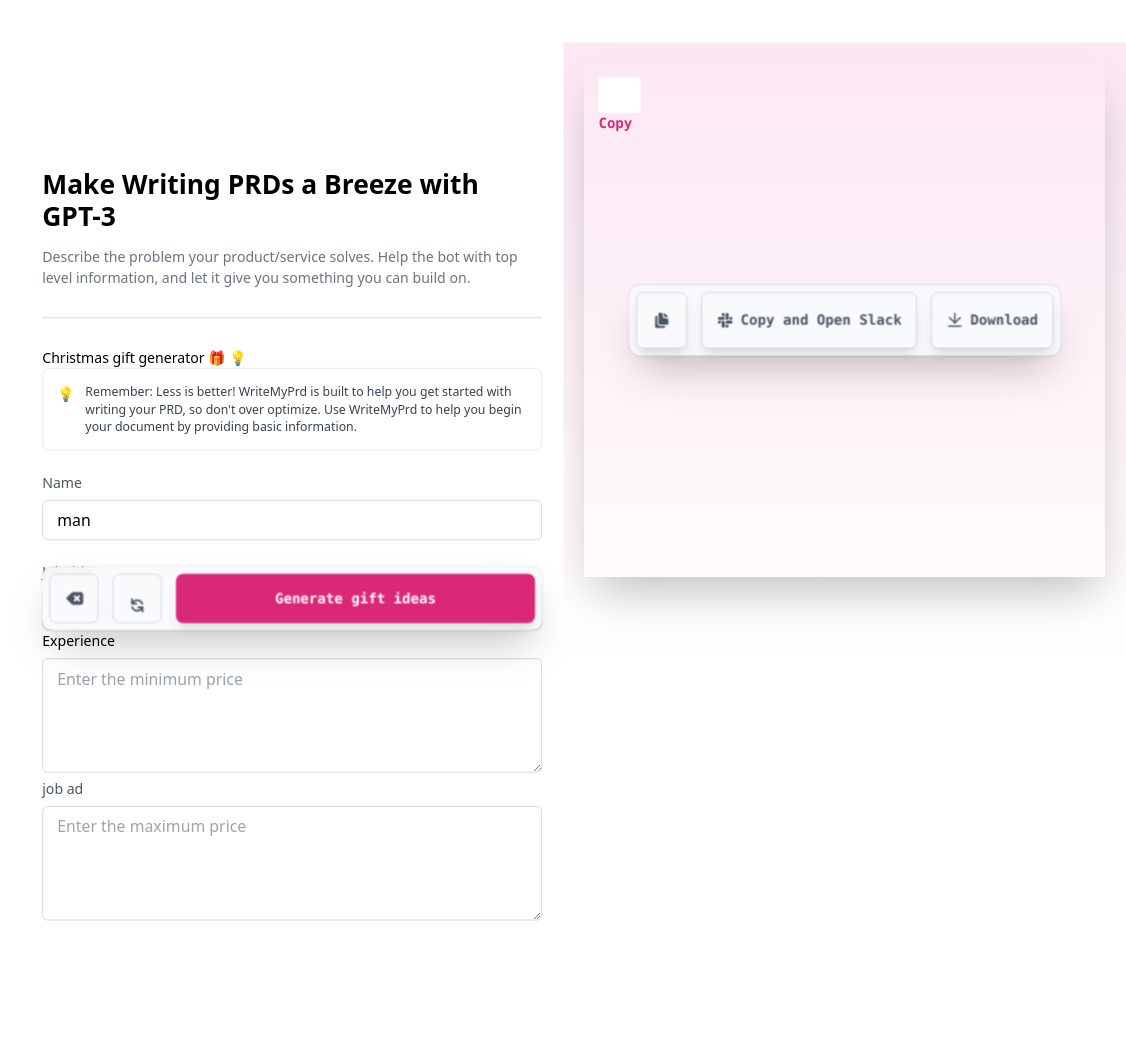
Repository: hamza-mastar/chatgpt-jpbad
Page: /
These files come from the project's save history. The page is drawn as it stood at one moment and after the next save; the edit follows.
The browser window is 1280 px wide. The pictures show the whole page, at 88% of full size.
The project was rebuilt for these pictures with package versions that can differ from the ones it lists, and the page was loaded fresh each time. The framework's server and built-in components were replaced by stand-ins that run in the browser.

Above is the page before, as saved 2023-01-30 16:38:50.

After the next save:
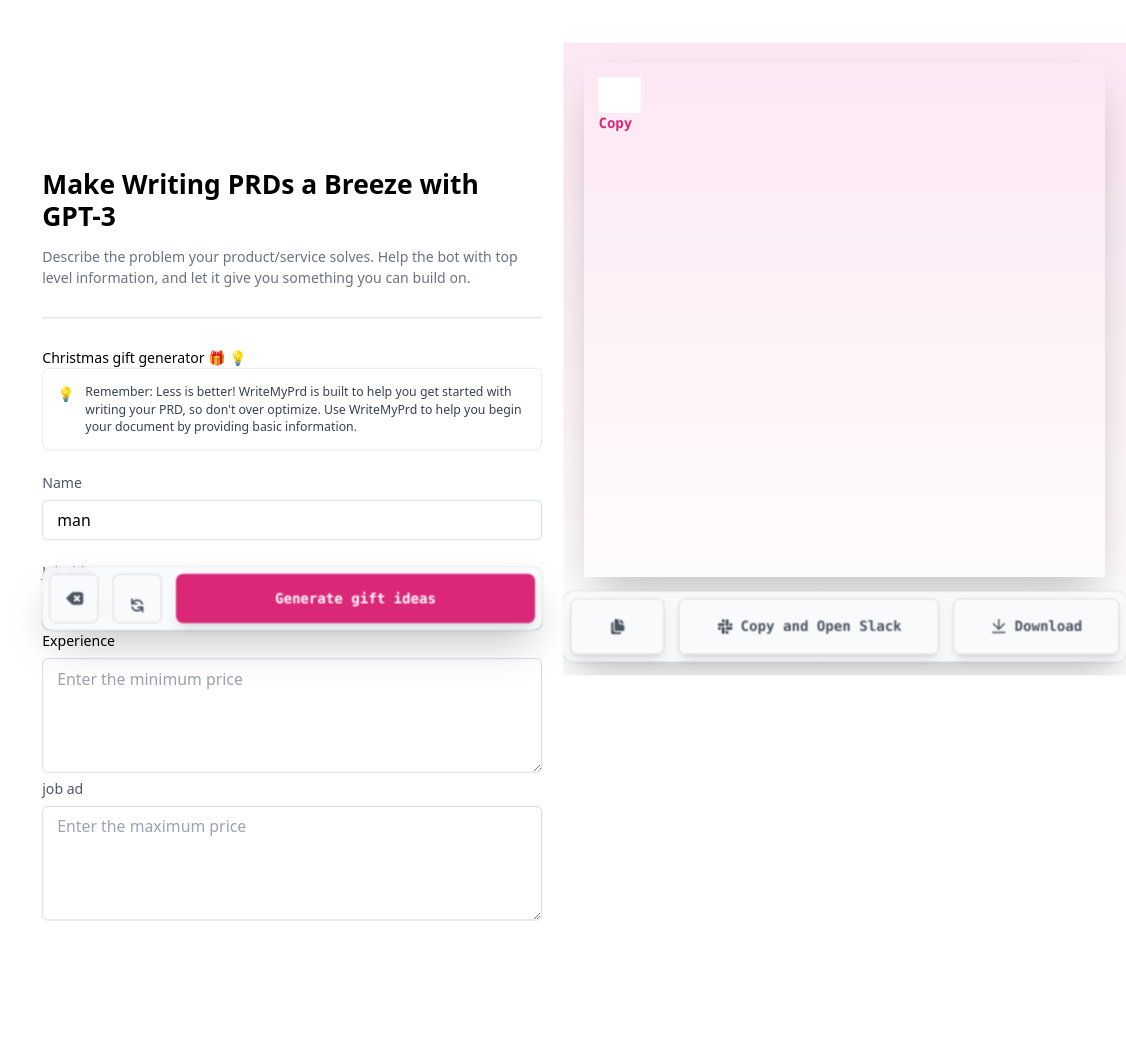
Saved 21 s later.
--- a/pages/index.js
+++ b/pages/index.js
@@ -179,6 +179,11 @@ export default function Home() {
 
 
         </div>
+
+        </div>
+
+
+        </div>
         <div class="sticky bottom-1 left-0 right-0 px-2 py-2 font-semibold text-sm text-slate-900 bg-slate-50/90 backdrop-blur-sm ring-1 ring-slate-900/10 space-x-4 rounded-xl shadow-2xl">
             <div class="flex gap-4 text-white text-sm font-bold font-mono leading-6 bg-stripes-indigo rounded-lg">
   <button class="grow h-16 p-0 sm:p-[1.1rem] w-20 sm:w-auto h-auto rounded-lg flex items-center justify-center bg-gray-50 border-gray-300 text-gray-600 hover:bg-gray-100 shadow-lg border"><svg xmlns="http://www.w3.org/2000/svg" viewBox="0 0 24 24" fill="currentColor" class="h-5 w-5 flex-shrink-0 text-gray-600"><path d="M7.5 3.375c0-1.036.84-1.875 1.875-1.875h.375a3.75 3.75 0 013.75 3.75v1.875C13.5 8.161 14.34 9 15.375 9h1.875A3.75 3.75 0 0121 12.75v3.375C21 17.16 20.16 18 19.125 18h-9.75A1.875 1.875 0 017.5 16.125V3.375z"></path><path d="M15 5.25a5.23 5.23 0 00-1.279-3.434 9.768 9.768 0 016.963 6.963A5.23 5.23 0 0017.25 7.5h-1.875A.375.375 0 0115 7.125V5.25zM4.875 6H6v10.125A3.375 3.375 0 009.375 19.5H16.5v1.125c0 1.035-.84 1.875-1.875 1.875h-9.75A1.875 1.875 0 013 20.625V7.875C3 6.839 3.84 6 4.875 6z"></path></svg>
@@ -187,10 +192,6 @@ export default function Home() {
   <button class="p-4 grow w-auto h-16 rounded-lg flex items-center justify-center bg-gray-50 border border-gray-300 text-gray-600 hover:bg-gray-100 shadow-lg text-xs sm:text-base"><svg class="h-5 w-5 flex-shrink-0 text-gray-600 fill-gray-600 mr-2" xmlns="http://www.w3.org/2000/svg" viewBox="0 0 24 24"><path fill="none" d="M0 0h24v24H0z"></path><path d="M3 19h18v2H3v-2zm10-5.828L19.071 7.1l1.414 1.414L12 17 3.515 8.515 4.929 7.1 11 13.17V2h2v11.172z"></path></svg> Download </button></div></div>
         </div>
         </div>
-
-
-        </div>
-        </div>
         </div>
         {/* </div> */}
 
